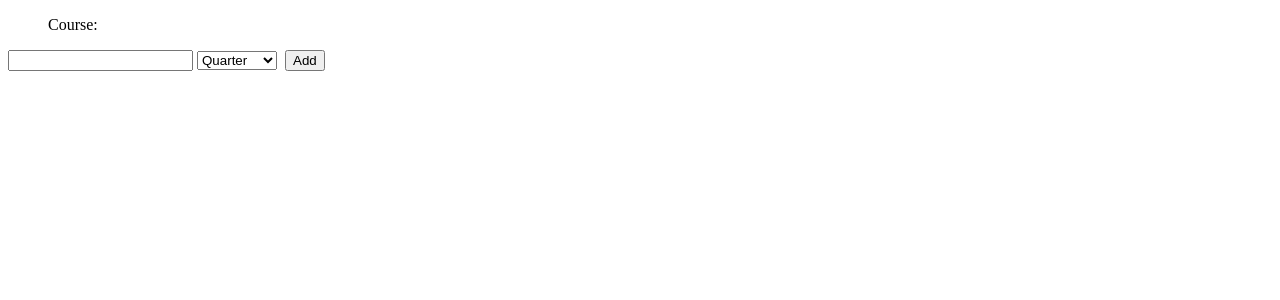
Repository: parthp2/CS3220_Spring_2017
Page: http://localhost/Final/AddCourse
An editor plug-in stored every save of this project. The page is shown before and after the next save, followed by the edit.
The browser window is 1280 px wide. The pictures show the whole page.
The page is served by Tomcat 9. Other server files are loaded and not shown.

Above is the page before, as saved 2017-05-18 03:37:24.

### Final/WebContent/WEB-INF/AddCourse.jsp
<!DOCTYPE html>
<html>
<head>
<meta charset="ISO-8859-1">
<title>Add Courses</title>
</head>
<body>
<p style="clear: both; margin-left: 40px;">Course:

<form action="AddCourse" method="post">

<input name="cname" type="text" />
<select name="term">
 <option>Quarter</option>
 <option>Semester</option>
 </select>&nbsp;

 <input type="submit" name="add" value="Add">

 </form>

 </p>

</body>
</html>

### Final/src/Final/servlet/AddCourse.java
package Final.servlet;

import java.io.IOException;
import java.sql.Connection;
import java.sql.DriverManager;
import java.sql.PreparedStatement;
import java.sql.SQLException;

import javax.servlet.ServletException;
import javax.servlet.annotation.WebServlet;
import javax.servlet.http.HttpServlet;
import javax.servlet.http.HttpServletRequest;
import javax.servlet.http.HttpServletResponse;


@WebServlet("/AddCourse")
public class AddCourse extends HttpServlet {
	private static final long serialVersionUID = 1L;


    public AddCourse() {
        super();

    }


	protected void doGet(HttpServletRequest request, HttpServletResponse response) throws ServletException, IOException {

		request.getRequestDispatcher("WEB-INF/AddCourse.jsp").forward( request, response );

	}


	protected void doPost(HttpServletRequest request, HttpServletResponse response) throws ServletException, IOException {

        String cname=request.getParameter("cname");

		String term=request.getParameter("term");

		String letter=Character.toString(cname.charAt(0));

		int num=Integer.parseInt(Character.toString(cname.charAt(2)));

		Connection c = null;
        try
        {
        	String url = "jdbc:mysql://localhost/cs3220stu49";
            String username = "cs3220stu49";
            String password = "l#jN!vq#";

            String sql = "insert into courses (cname,term,letter,num) values (?, ?,?,?)";

            c = DriverManager.getConnection( url, username, password );


            PreparedStatement pstmt = c.prepareStatement( sql );
            pstmt.setString( 1, cname );
            pstmt.setString( 2, term );
            pstmt.setString( 3, letter );
            pstmt.setInt( 4, num );
            pstmt.executeUpdate();



            c.close();
        }

        catch( SQLException e )
        {
            throw new ServletException( e );
        }
        finally
        {
            try
            {
                if( c != null ) c.close();
            }
            catch( SQLException e )
            {
                throw new ServletException( e );
            }
        }

        response.sendRedirect("Homepage");
	}


}

After the next save:
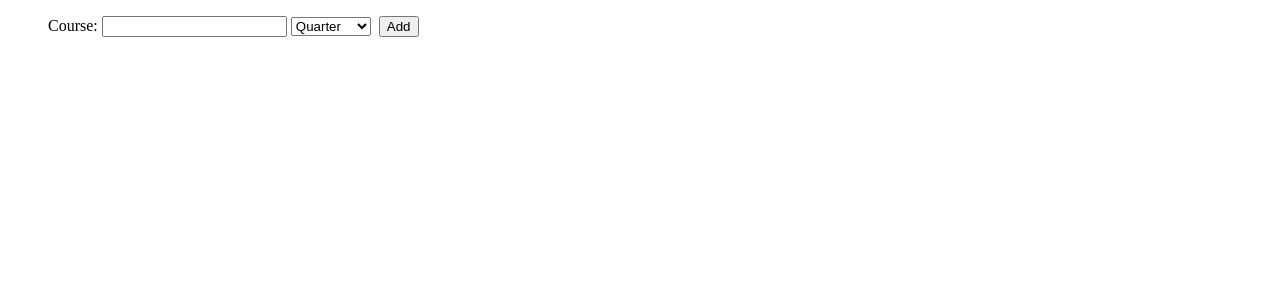
Saved 54 s later.
--- a/Final/WebContent/WEB-INF/AddCourse.jsp
+++ b/Final/WebContent/WEB-INF/AddCourse.jsp
@@ -5,9 +5,10 @@
 <title>Add Courses</title>
 </head>
 <body>
+<form action="AddCourse" method="post">
 <p style="clear: both; margin-left: 40px;">Course:
 
-<form action="AddCourse" method="post">
+
 
 <input name="cname" type="text" />
 <select name="term">
